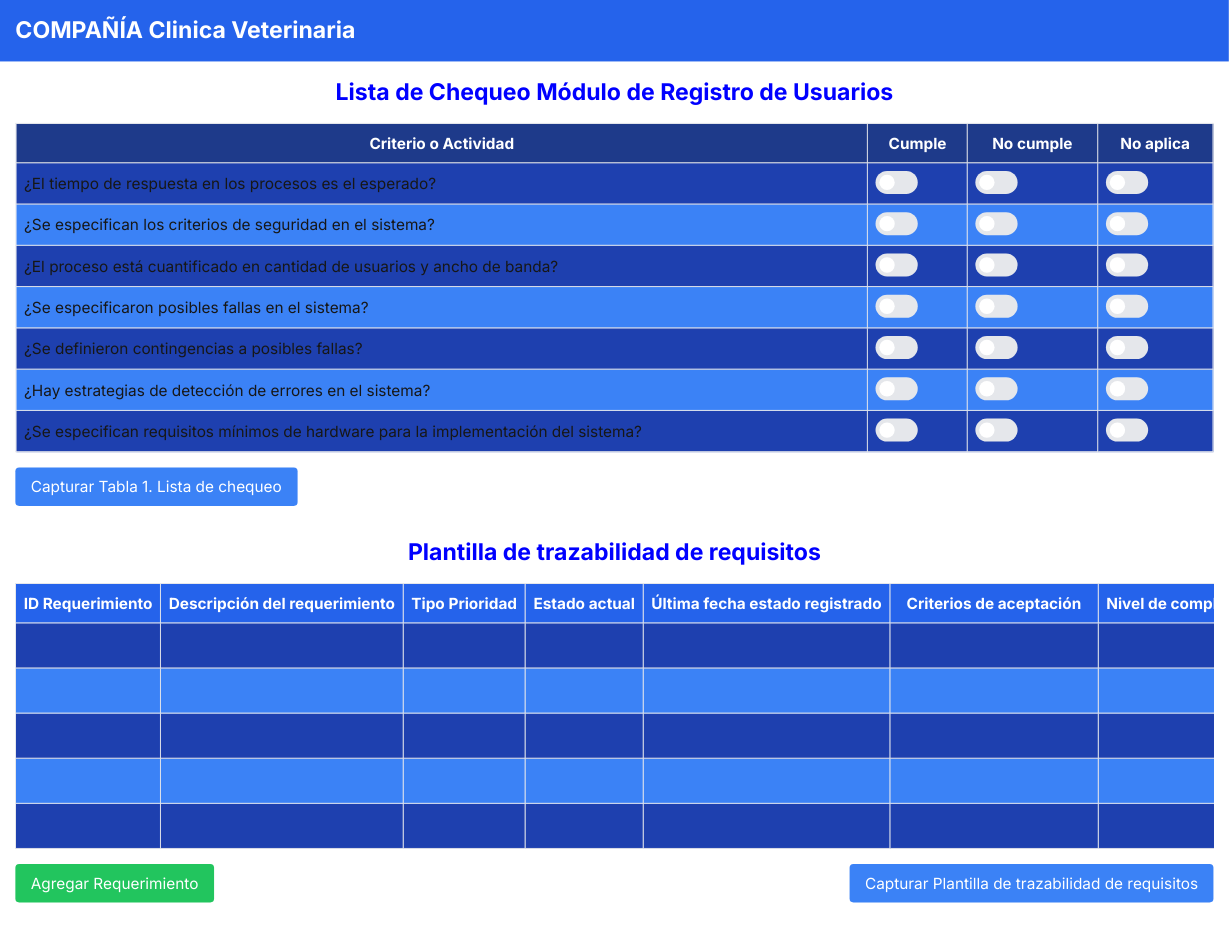
Repository: CiroAlfa/lista-de-Chequeo
Page: /
An editor plug-in stored every save of this project. The page is shown before and after the next save, followed by the edit.
The browser window is 1280 px wide. The pictures show the whole page, at 96% of full size.
The project was rebuilt for these pictures with package versions that can differ from the ones it lists, and the page was loaded fresh each time. The framework's server and built-in components were replaced by stand-ins that run in the browser. Also part of the build but not shown: next.config.mjs.

Above is the page before, as saved 2024-09-27 13:47:32.

After the next save:
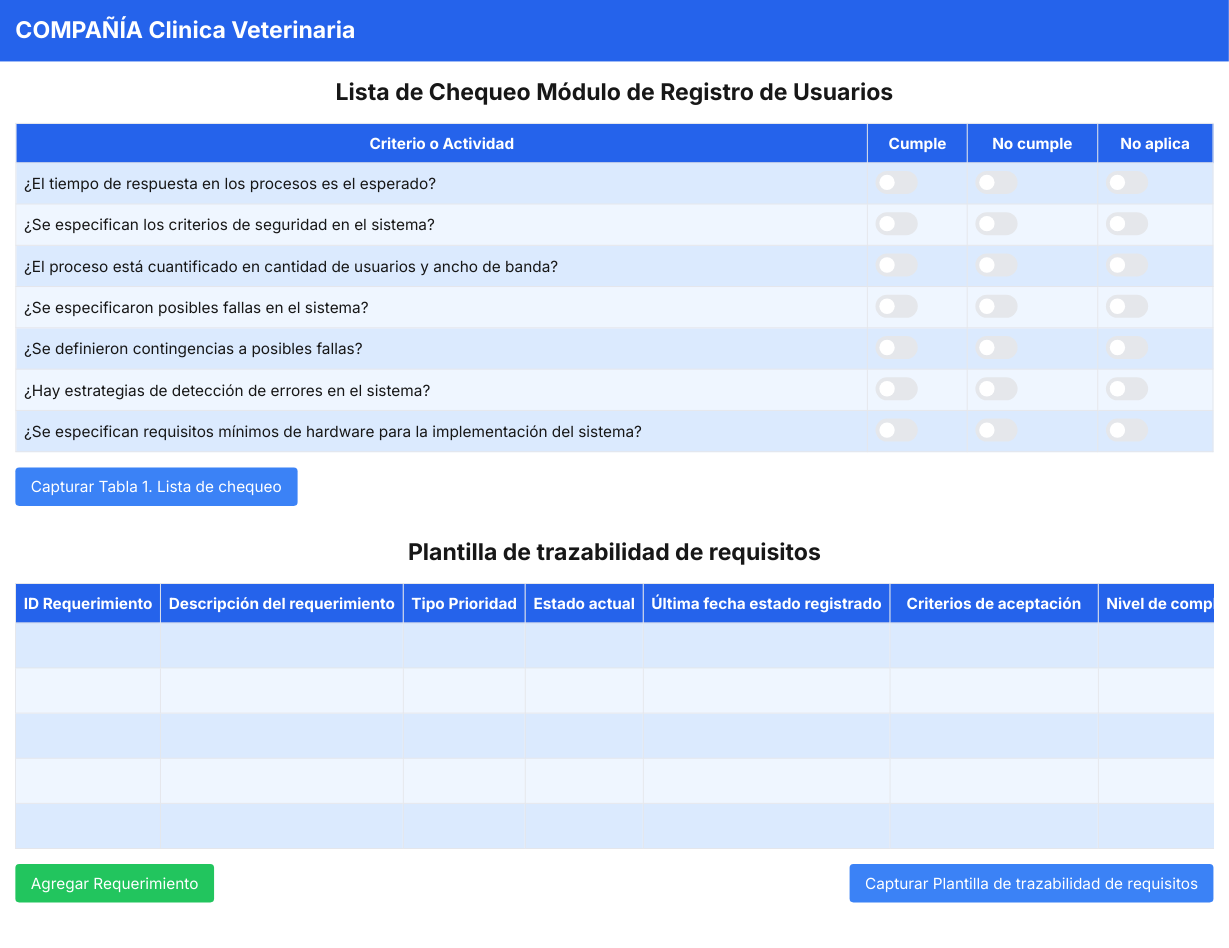
Saved 11 min 42 s later.
--- a/src/app/page.tsx
+++ b/src/app/page.tsx
@@ -103,10 +103,10 @@
   return (
     <main className="container mx-auto p-4">
       <div className="mb-8" id="checklist-table">
-        <h2 className="text-2xl font-bold mb-4 text-center" style={{ color: 'blue' }}>Lista de Chequeo Módulo de Registro de Usuarios</h2>
+        <h2 className="text-2xl font-bold mb-4 text-center">Lista de Chequeo Módulo de Registro de Usuarios</h2>
         <table className="w-full border-collapse">
           <thead>
-            <tr className="bg-blue-900 text-white">
+            <tr className="bg-blue-600 text-white">
               <th className="border p-2">Criterio o Actividad</th>
               <th className="border p-2">Cumple</th>
               <th className="border p-2">No cumple</th>
@@ -115,7 +115,7 @@
           </thead>
           <tbody>
             {checklist.map((item, index) => (
-              <tr key={item.id} className={index % 2 === 0 ? 'bg-blue-800' : 'bg-blue-500'}>
+              <tr key={item.id} className={index % 2 === 0 ? 'bg-blue-100' : 'bg-blue-50'}>
                 <td className="border p-2">{item.criteria}</td>
                 <td className="border p-2">
                   <Switch
@@ -157,7 +157,7 @@
       </div>
 
       <div className="mb-8" id="requirements-table">
-        <h2 className="text-2xl font-bold mb-4 text-center" style={{ color: 'blue' }}>Plantilla de trazabilidad de requisitos</h2>
+        <h2 className="text-2xl font-bold mb-4 text-center">Plantilla de trazabilidad de requisitos</h2>
         <div className="overflow-x-auto">
           <table className="w-full border-collapse">
             <thead>
@@ -176,7 +176,7 @@
             </thead>
             <tbody>
               {requirements.map((item, index) => (
-                <tr key={index} className={index % 2 === 0 ? 'bg-blue-800' : 'bg-blue-500'}>
+                <tr key={index} className={index % 2 === 0 ? 'bg-blue-100' : 'bg-blue-50'}>
                   <td className="border p-2">
                     <input
                       type="text"

After the save that followed:
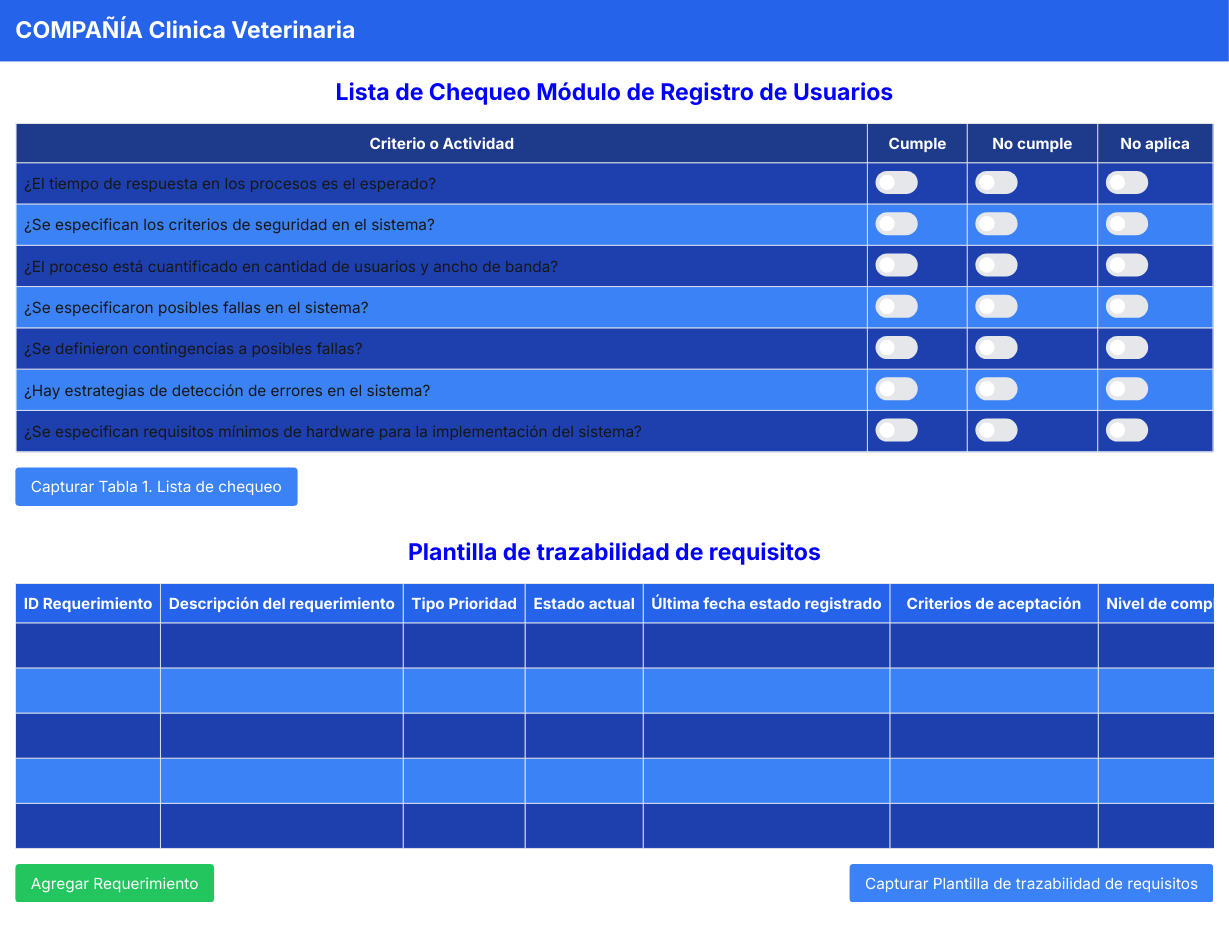
Saved 2 min 48 s later.
--- a/src/app/page.tsx
+++ b/src/app/page.tsx
@@ -103,10 +103,10 @@
   return (
     <main className="container mx-auto p-4">
       <div className="mb-8" id="checklist-table">
-        <h2 className="text-2xl font-bold mb-4 text-center">Lista de Chequeo Módulo de Registro de Usuarios</h2>
+        <h2 className="text-2xl font-bold mb-4 text-center" style={{ color: 'blue' }}>Lista de Chequeo Módulo de Registro de Usuarios</h2>
         <table className="w-full border-collapse">
           <thead>
-            <tr className="bg-blue-600 text-white">
+            <tr className="bg-blue-900 text-white">
               <th className="border p-2">Criterio o Actividad</th>
               <th className="border p-2">Cumple</th>
               <th className="border p-2">No cumple</th>
@@ -115,7 +115,7 @@
           </thead>
           <tbody>
             {checklist.map((item, index) => (
-              <tr key={item.id} className={index % 2 === 0 ? 'bg-blue-100' : 'bg-blue-50'}>
+              <tr key={item.id} className={index % 2 === 0 ? 'bg-blue-800' : 'bg-blue-500'}>
                 <td className="border p-2">{item.criteria}</td>
                 <td className="border p-2">
                   <Switch
@@ -157,7 +157,7 @@
       </div>
 
       <div className="mb-8" id="requirements-table">
-        <h2 className="text-2xl font-bold mb-4 text-center">Plantilla de trazabilidad de requisitos</h2>
+        <h2 className="text-2xl font-bold mb-4 text-center" style={{ color: 'blue' }}>Plantilla de trazabilidad de requisitos</h2>
         <div className="overflow-x-auto">
           <table className="w-full border-collapse">
             <thead>
@@ -176,7 +176,7 @@
             </thead>
             <tbody>
               {requirements.map((item, index) => (
-                <tr key={index} className={index % 2 === 0 ? 'bg-blue-100' : 'bg-blue-50'}>
+                <tr key={index} className={index % 2 === 0 ? 'bg-blue-800' : 'bg-blue-500'}>
                   <td className="border p-2">
                     <input
                       type="text"
